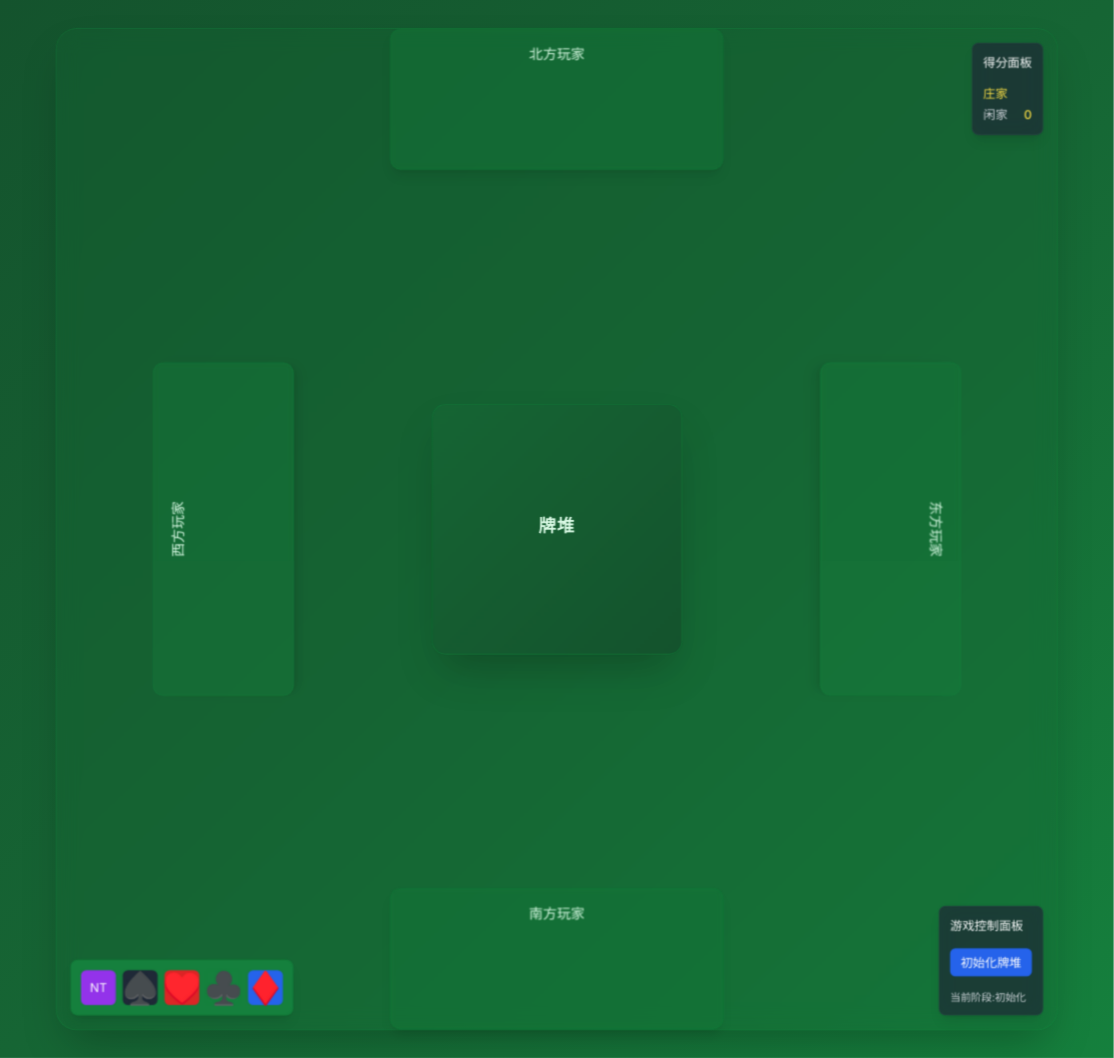
Repository: laofansay/Tractor80
Page: /
An editor plug-in stored every save of this project. The page is shown before and after the next save, followed by the edit.
The browser window is 1280 px wide. The pictures show the whole page, at 87% of full size.
The project was rebuilt for these pictures with package versions that can differ from the ones it lists, and the page was loaded fresh each time. The framework's server and built-in components were replaced by stand-ins that run in the browser. Also part of the build but not shown: next.config.js, app/components/Card.tsx.

Above is the page before, as saved 2025-03-09 00:22:50.

After the next save:
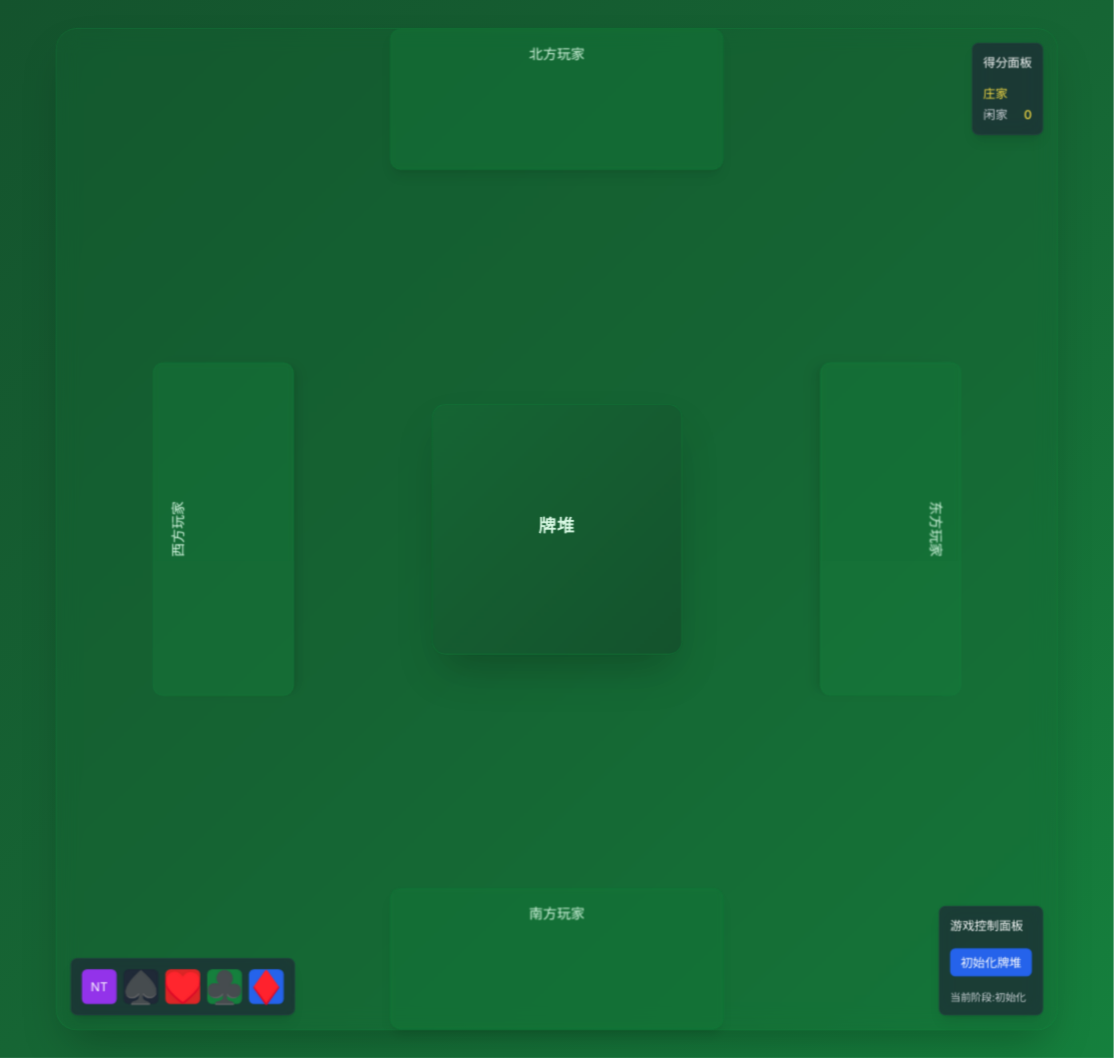
Saved 19 s later.
--- a/app/components/TrumpSelectionPanel.tsx
+++ b/app/components/TrumpSelectionPanel.tsx
@@ -14,7 +14,7 @@ export function TrumpSelectionPanel({ onSelectTrump, gamePhase }: TrumpSelection
   }
 
   return (
-    <div className="absolute bottom-4 left-4 p-3 bg-green-700 rounded-lg backdrop-blur-md shadow-lg">
+    <div className="absolute bottom-4 left-4 p-3 bg-gray-800/70 rounded-lg backdrop-blur-md border border-gray-700/50 shadow-lg">
       <div className="flex flex-row gap-2">
         <button
           onClick={() => onSelectTrump(null)}
